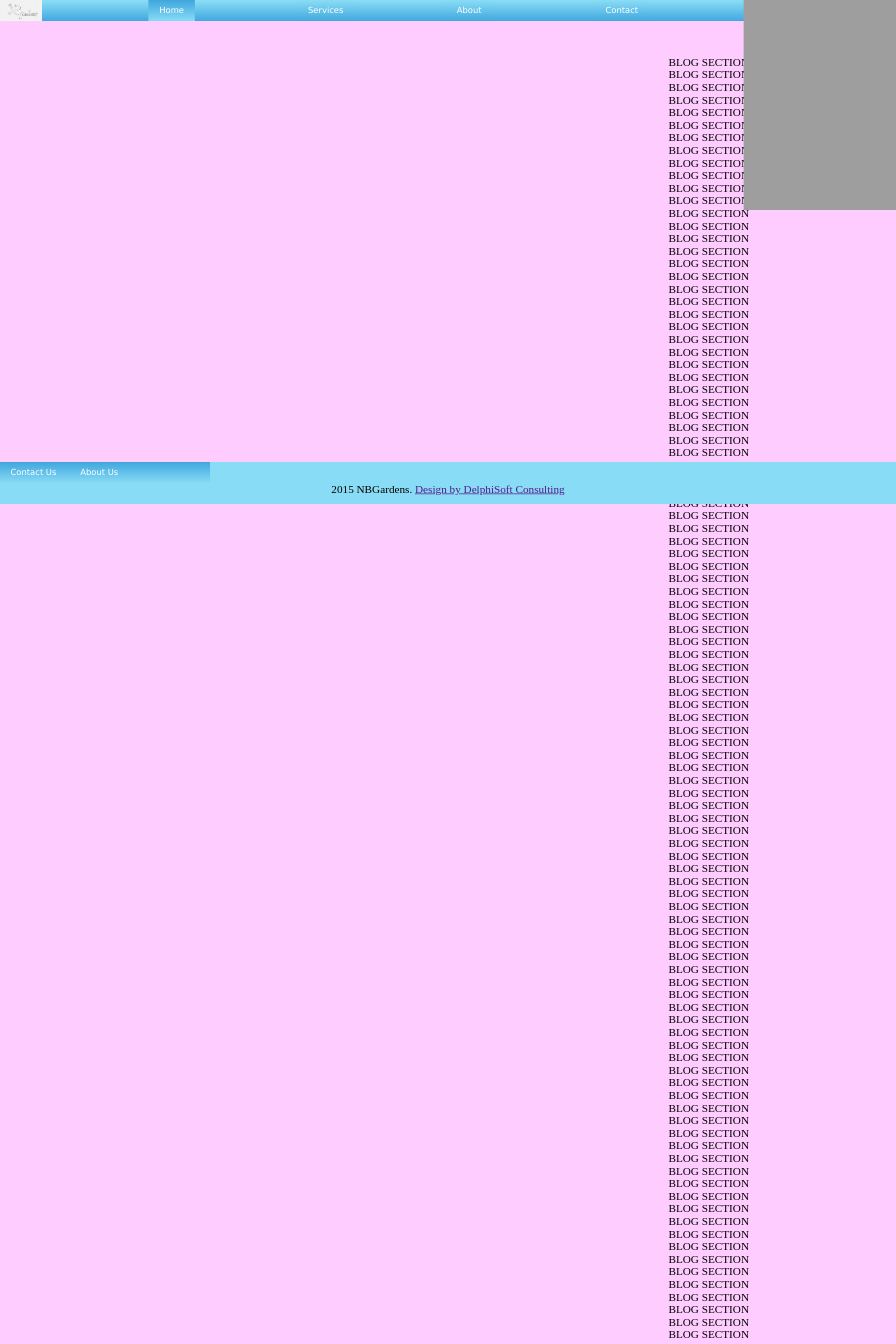
Repository: GAndrews13/BlueGardens
Page: BlueGardensEESystem/src/main/webapp/templates/template.html
These files come from the project's save history. The page is drawn as it stood at one moment and after the next save; the edit follows.
The browser window is 1280 px wide. The pictures show the part of the page from y = 0 to 1920 px (the page is 2852 px tall before and 2942 px after), at 70% of full size.
Pictures or frames that could not be fetched are drawn as grey boxes.

Above is the page before, as saved 2015-07-21 14:14:14.

### BlueGardensEESystem/src/main/webapp/templates/template.html
<!-- Author: GAndrews-->

<!DOCTYPE html>
<html 	xmlns="http://www.w3.org/1999/xhtml"
		xmlns:ui="http://java.sun.com/jsf/facelets"
		xmlns:h="http://java.sun.com/jsf/html">
<header>
	<!--<link rel="stylesheet" type="text/css" href="layout.css">-->
	<meta charset="ISO-8859-1">
	<link rel="stylesheet" type="text/css" href="../style.css">
	<title><ui:insert name = "pagetitle"/></title>
</header>
<body>
	<div class="site-header">
		<h1 id="logo">
			<a href = ""><!--LOGO ADD--></a>
		</h1>
		<div id="navigation">
			<ul class="menu">
			  	<li> <img src="../images/NB-Gardens.png" width=60px height=30px/> </li>
			  	<li><a href="/home" class="active"><span>Home</span></a></li>
			  	<li><a href="/services"><span>Services</span></a></li>
			  	<li><a href="/about"><span>About</span></a></li>
			  	<li><a href="/contact"><span>Contact</span></a></li>
			  	<li>
			  		<form target="paypal" action="https://www.paypal.com/cgi-bin/webscr" method="post">
	   					<input type="hidden" name="business" value="garethedwardfrankandrews@hotmail.com"/>
		    					<input type="hidden" name="cmd" value="_cart"/>
	    				<input type="hidden" name="display" value="1"/>
	   					<input type="image" name="submit" border="0" src="https://www.paypalobjects.com/en_US/i/btn/btn_viewcart_LG.gif" alt="PayPal - The safer, easier way to pay online"/>
	   					<img alt="" border="0" width="1" height="1"     src="https://www.paypalobjects.com/en_US/i/scr/pixel.gif" />
					</form>
				</li>
			</ul>
		</div>
	</div>

	<div class="page-wrap">
		<div id="contentHeader">
			<ui:insert name="sectiontitle"/>
		</div>
		<div class="content">

			<ui:insert name="body"/>
		</div>
		<div id="sidebarRight">
				BLOG SECTION
				<br>
				BLOG SECTION
				<br>
				BLOG SECTION
				<br>
				BLOG SECTION
				<br>
				BLOG SECTION
				<br>
				BLOG SECTION
				<br>
				BLOG SECTION
				<br>
				BLOG SECTION
				<br>
				BLOG SECTION
				<br>
				BLOG SECTION
				<br>
				BLOG SECTION
				<br>
				BLOG SECTION
				<br>
				BLOG SECTION
				<br>
				BLOG SECTION
				<br>
				BLOG SECTION
				<br>
				BLOG SECTION
				<br>
				BLOG SECTION
				<br>
				BLOG SECTION
				<br>
				BLOG SECTION
				<br>
				BLOG SECTION
				<br>
				BLOG SECTION
				<br>
				BLOG SECTION
				<br>
				BLOG SECTION
				<br>
				BLOG SECTION
				<br>
				BLOG SECTION
				<br>
				BLOG SECTION
				<br>
				BLOG SECTION
				<br>
				BLOG SECTION
				<br>
				BLOG SECTION
				<br>
				BLOG SECTION
				<br>
				BLOG SECTION
				<br>
				BLOG SECTION
				<br>
				BLOG SECTION
				<br>
				BLOG SECTION
				<br>
				BLOG SECTION
				<br>
				BLOG SECTION
				<br>
				BLOG SECTION
				<br>
				BLOG SECTION
				<br>
				BLOG SECTION
				<br>
				BLOG SECTION
				<br>
				BLOG SECTION
				<br>
				BLOG SECTION
				<br>
				BLOG SECTION
				<br>
				BLOG SECTION
				<br>
				BLOG SECTION
				<br>
				BLOG SECTION
				<br>
				BLOG SECTION
				<br>
				BLOG SECTION
				<br>
				BLOG SECTION
				<br>
				BLOG SECTION
				<br>
				BLOG SECTION
				<br>
				BLOG SECTION
				<br>
				BLOG SECTION
				<br>
				BLOG SECTION
				<br>
				BLOG SECTION
				<br>
				BLOG SECTION
				<br>
				BLOG SECTION
				<br>
				BLOG SECTION
				<br>
				BLOG SECTION
				<br>
				BLOG SECTION
				<br>
				BLOG SECTION
				<br>
				BLOG SECTION
				<br>
				BLOG SECTION
				<br>
				BLOG SECTION
				<br>
				BLOG SECTION
				<br>
				BLOG SECTION
				<br>
				BLOG SECTION
				<br>
				BLOG SECTION
				<br>
				BLOG SECTION
				<br>
				BLOG SECTION
				<br>
				BLOG SECTION
				<br>
				BLOG SECTION
				<br>
				BLOG SECTION
				<br>
				BLOG SECTION
				<br>
				BLOG SECTION
				<br>
				BLOG SECTION
				<br>
				BLOG SECTION
				<br>
				BLOG SECTION
				<br>
				BLOG SECTION
				<br>
				BLOG SECTION
				<br>
				BLOG SECTION
				<br>
				BLOG SECTION
				<br>
				BLOG SECTION
				<br>
				BLOG SECTION
				<br>
				BLOG SECTION
				<br>
				BLOG SECTION
				<br>
				BLOG SECTION
				<br>
				BLOG SECTION
				<br>
				BLOG SECTION
				<br>
				BLOG SECTION
				<br>
				BLOG SECTION
				<br>
				BLOG SECTION
				<br>
				BLOG SECTION
				<br>
				BLOG SECTION
				<br>
				BLOG SECTION
				<br>
				BLOG SECTION
				<br>
				BLOG SECTION
				<br>
				BLOG SECTION
				<br>
				BLOG SECTION
				<br>
				BLOG SECTION
				<br>
				BLOG SECTION
				<br>
				BLOG SECTION
				<br>
				BLOG SECTION
				<br>
				BLOG SECTION
				<br>
				BLOG SECTION
				<br>
				BLOG SECTION
				<br>
				BLOG SECTION
				<br>
				BLOG SECTION
				<br>
				BLOG SECTION
				<br>
				BLOG SECTION
				<br>
				BLOG SECTION
				<br>
				BLOG SECTION
				<br>
				BLOG SECTION
				<br>
				BLOG SECTION
				<br>
				BLOG SECTION
				<br>
				BLOG SECTION
				<br>
				BLOG SECTION
				<br>
				BLOG SECTION
				<br>
				BLOG SECTION
				<br>
				BLOG SECTION
				<br>
				BLOG SECTION
				<br>
				BLOG SECTION
				<br>
				BLOG SECTION
				<br>
				BLOG SECTION
				<br>
				BLOG SECTION
				<br>
				BLOG SECTION
				<br>
				BLOG SECTION
				<br>
				BLOG SECTION
				<br>
				BLOG SECTION
				<br>
				BLOG SECTION
				<br>
				BLOG SECTION
				<br>
				BLOG SECTION
				<br>
				BLOG SECTION
				<br>
				BLOG SECTION
				<br>
				BLOG SECTION
				<br>
				BLOG SECTION
				<br>
				BLOG SECTION
				<br>
				BLOG SECTION
				<br>
				BLOG SECTION
				<br>
				BLOG SECTION
				<br>
				BLOG SECTION
				<br>
				BLOG SECTION
				<br>
				BLOG SECTION
				<br>
				BLOG SECTION
				<br>
				BLOG SECTION
				<br>
				BLOG SECTION
				<br>
				BLOG SECTION
				<br>
				BLOG SECTION
				<br>
				BLOG SECTION
				<br>
				BLOG SECTION
				<br>
				BLOG SECTION
				<br>
				BLOG SECTION
				<br>
				BLOG SECTION
				<br>
				BLOG SECTION
				<br>
			</div>
	</div>

	<footer class="site-footer">
	  <div>
			<div>
				<ul class="bottommenu">
				  <li><a href="/home" class="active"><span>Contact Us</span></a></li>
				  <li><a href="/services"><span>About Us</span></a></li>
				</ul>
			</div>
		</div>
		<div class="center">
			2015 NBGardens.
			<a href="">Design by DelphiSoft Consulting</a>
		</div>
	</footer>
</body>
</html>

### BlueGardensEESystem/src/main/webapp/style.css
<!--
/* Generated via www.cssmenubuilder.com */

.menu{margin:0 auto; padding:0; height:30px; width:100%; display:block; background:url('topMenuImages.png') repeat-x;}
.menu li{padding:0; margin:0; list-style:none; display:inline; width:16.6%;float:left;}
.menu li a{float:left; padding-left:15px; display:block; color:rgb(255,255,255); text-decoration:none; font:12px Verdana, Arial, Helvetica, sans-serif; cursor:pointer; background:url('topMenuImages.png') 0px -30px no-repeat;}
.menu li a span{line-height:30px; float:left; display:block; padding-right:15px; background:url('topMenuImages.png') 100% -30px no-repeat;}
.menu li a:hover{background-position:0px -60px; color:rgb(255,255,255);}
.menu li a:hover span{background-position:100% -60px;}
.menu li a.active, .menu li a.active:hover{line-height:30px; font:12px Verdana, Arial, Helvetica, sans-serif; background:url('topMenuImages.png') 0px -90px no-repeat; color:rgb(255,255,255);}
.menu li a.active span, .menu li a.active:hover span{background:url('topMenuImages.png') 100% -90px no-repeat;}

/* Generated via www.cssmenubuilder.com */

.bottommenu{margin-bottom:875px auto; padding:0; height:30px; width:100%; display:block; background:url('bottomMenuImages.png') repeat-x; magin:0 auto; width:300px;}
.bottommenu li{padding:0; margin:0; list-style:none; display:inline-block;}
.bottommenu li a{float:left; padding-left:15px; display:inline-block; color:rgb(255,255,255); text-decoration:none; font:12px Verdana, Arial, Helvetica, sans-serif; cursor:pointer; background:url('bottomMenuImages.png') 0px -30px no-repeat;}
.bottommenu li a span{line-height:30px; float:left; display:block; padding-right:15px; background:url('bottomMenuImages.png') 100% -30px no-repeat;}
.bottommenu li a:hover{background-position:0px -60px; color:rgb(255,255,255);}
.bottommenu li a:hover span{background-position:100% -60px;}
.bottommenu li a.active, .menu li a.active:hover{line-height:30px; font:12px Verdana, Arial, Helvetica, sans-serif; background:url('bottomMenuImages.png') 0px -90px no-repeat; color:rgb(255,255,255);}
.bottommenu li a.active span, .menu li a.active:hover span{background:url('bottomMenuImages.png') 100% -90px no-repeat;}

.products {height: 350px; width: 200px; background-color: black; position: absolute;}
.product-info {border:solid 1px; font: 16px Verdana italic ; background-color: rgb(0 0 0); opacity: 0.4; filter: alpha(opacity = 40); }
.product-desc {border:solid 1px; font: 14px Verdana italic ; background-color: rgb(0 0 0); opacity: 0.4; filter: alpha(opacity = 40); }
#sale{text-transform: uppercase; color: white; text-shadow: 0.5px 0.5px blue; font-family: Comic Sans, Comic Sans MS, cursive;	}
/* PRODUCT CATALOG GRID SYSTEM */
/*  SECTIONS  */
.section {
	clear: both;
	padding: 0px;
	margin: 0px;
}

/*  COLUMN SETUP  */
.col {
	display: block;
	float:left;
	margin: 1% 0 1% 1.6%;
}
.col:first-child { margin-left: 0em; }

/*  GROUPING  */
.group:before,
.group:after { content:""; display:table; }
.group:after { clear:both;}
.group { zoom:1; /* For IE 6/7 */ }

/*  GRID OF FOUR  */
.span_4_of_4 {
	width: 100%;
}
.span_3_of_4 {
	width: 74.6%;
}
.span_2_of_4 {
	width: 49.2%;
}
.span_1_of_4 {
	width: 23.8%;
}

/*  GO FULL WIDTH BELOW 480 PIXELS */
@media only screen and (max-width: 480px) {
	.col {  margin: 1% 0 1% 0%; }
	.span_1_of_4, .span_2_of_4, .span_3_of_4, .span_4_of_4 { width: 100%; }
}

body{
		color: black;
		background-color: #ffccff;
		margin-top: 20px;
		margin-bottom:20px;
		/*margin-left: 150px;*/
		margin-right: 150px;
		white-space: nowrap;
	}

	body2 {
		color: black;
		background-color: #ffccff;
		margin-top: 20px;
		margin-bottom:20px;
		margin-left: 150px;
		margin-right: 300px;
		white-space: nowrap;
	}




/* Sticky Footer code */
	* {
	margin: 0;
	}

	html, body {
    	height: 100%;
	}
	.page-wrap {
	padding: 60px;
	padding-bottom: 90px;
	}

	.page-wrap:after {
  		content: "";
  		display: block;
	}

	.site-footer{
		height: 60px;
		background-color: #89dcf5;
		position:fixed;
		bottom:0;
		width: 100%;
	}

	.site-header{
		height: 60px;
		top: 0;
		position: fixed;
		width: 100%;
	}

	.leftStack{
		float:left;
		width:40%;
	}

	.center{
		text-align:center;
	}

	#companytitle{
		text-align:center;

	}

	#sidebarRight{
		float: right;
	}

After the next save:
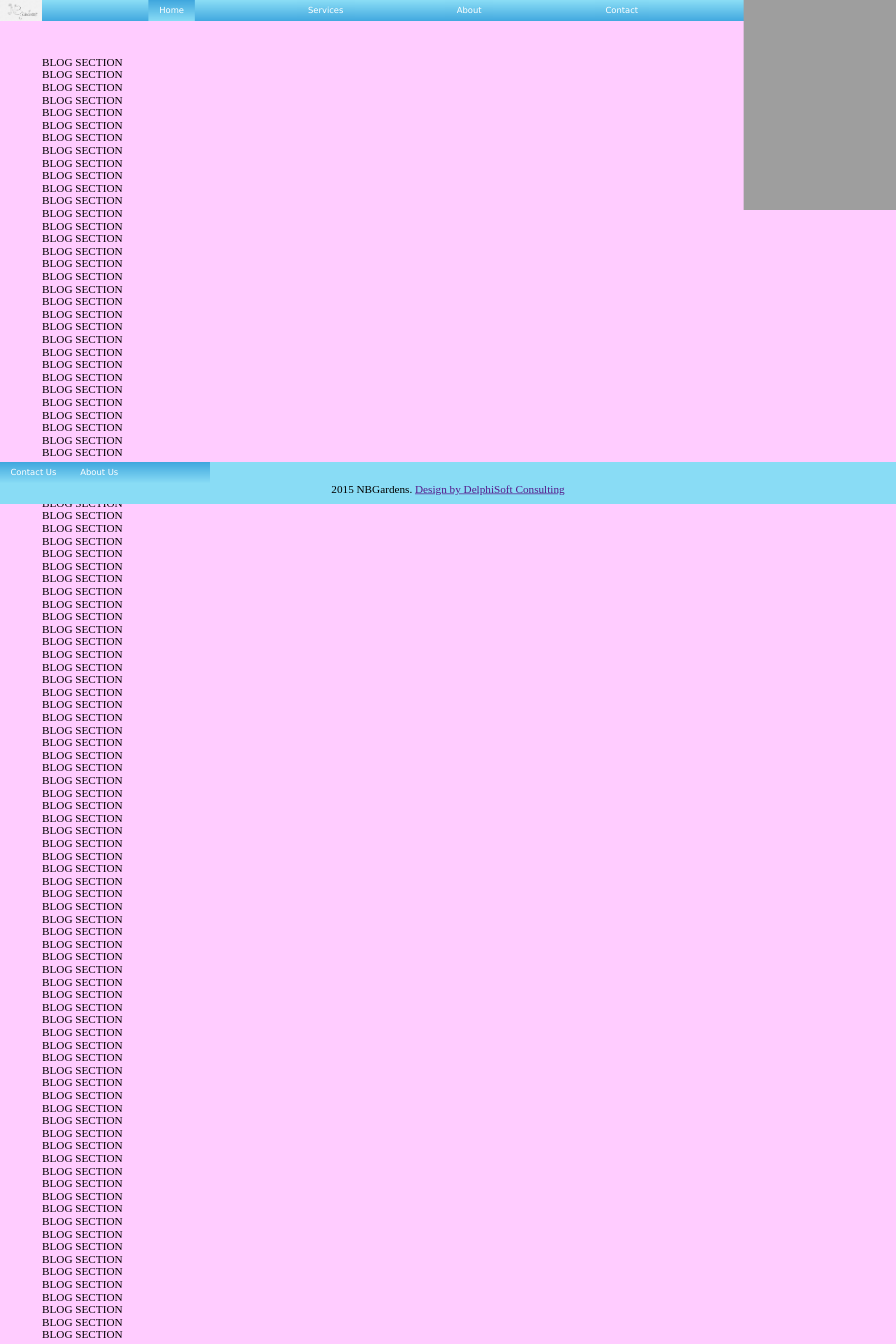
Saved 9 s later.
--- a/BlueGardensEESystem/src/main/webapp/style.css
+++ b/BlueGardensEESystem/src/main/webapp/style.css
@@ -137,6 +137,4 @@ body{
 
 	}
 
-	#sidebarRight{
-		float: right;
-	}
+	#sidebarRight{}
